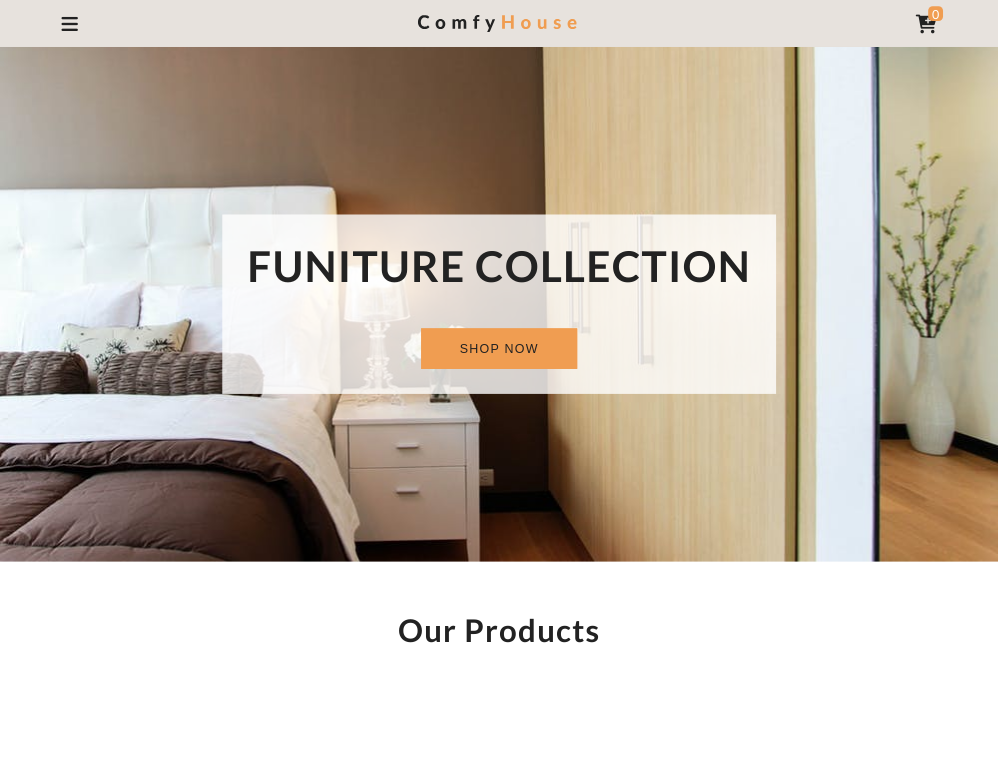
Repository: phamtrunghptn-dev/comfy-house-mater
Page: index.html
These files come from the project's save history. The page is drawn as it stood at one moment and after the next save; the edit follows.
The browser window is 1280 px wide. The pictures show the whole page, at 78% of full size.
Some web libraries are served in a nearby version.

Above is the page before, as saved 2022-07-08 10:11:46.
Console error: SyntaxError: Unexpected token '}'

After the next save:
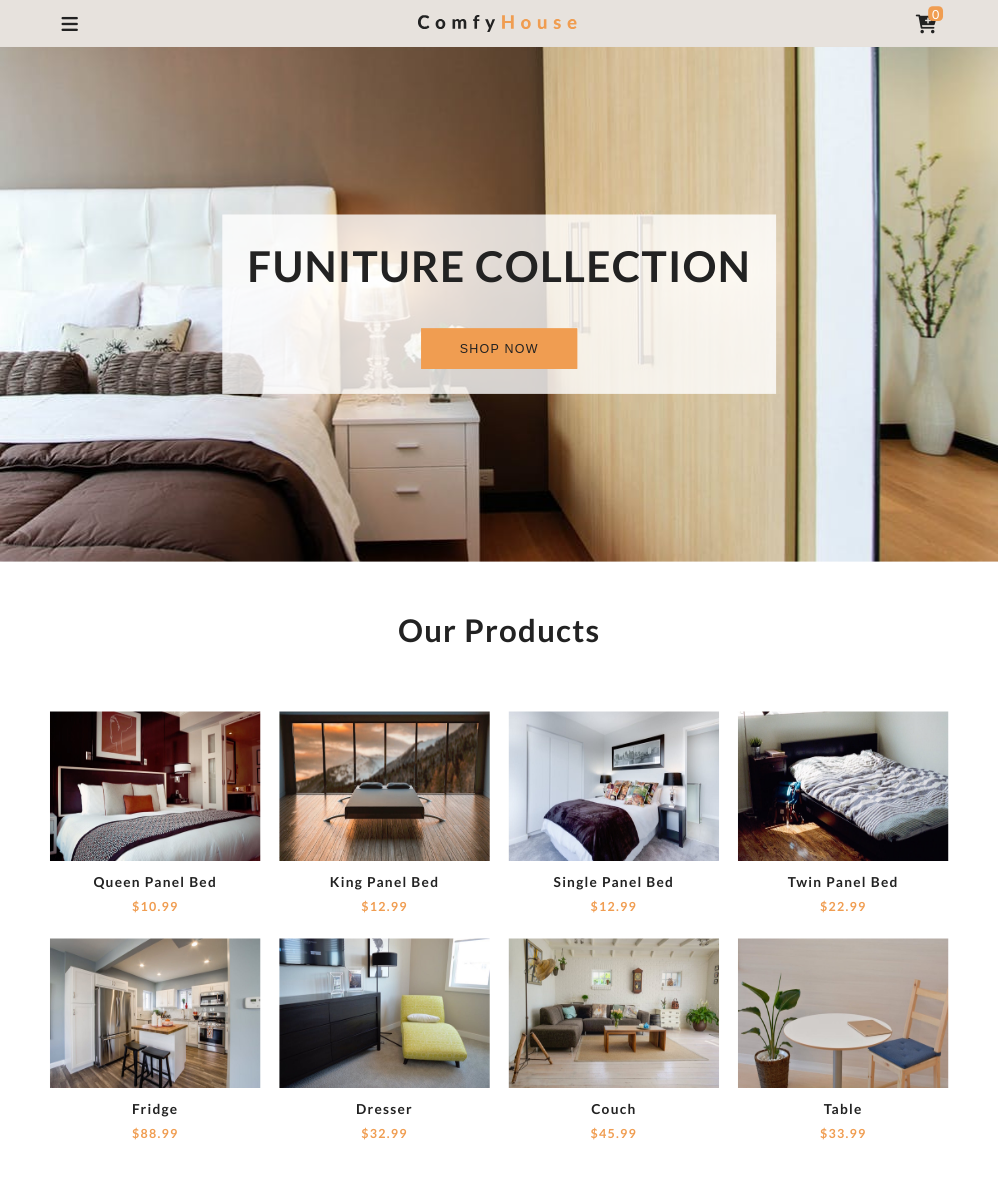
The error is gone.
Saved 4 s later.
--- a/app.js
+++ b/app.js
@@ -146,7 +146,9 @@ class UI {
                 let id = removeItem.dataset.id;
                 cartContent.removeChild(removeItem.parentElement.parentElement);
                 this.removeItem(id);
-            } else if(event.target.classList.contains('fa-chevron-up'))
+            } else if(event.target.classList.contains('fa-chevron-up')){
+
+            }
         })
     }
     clearCart(){
